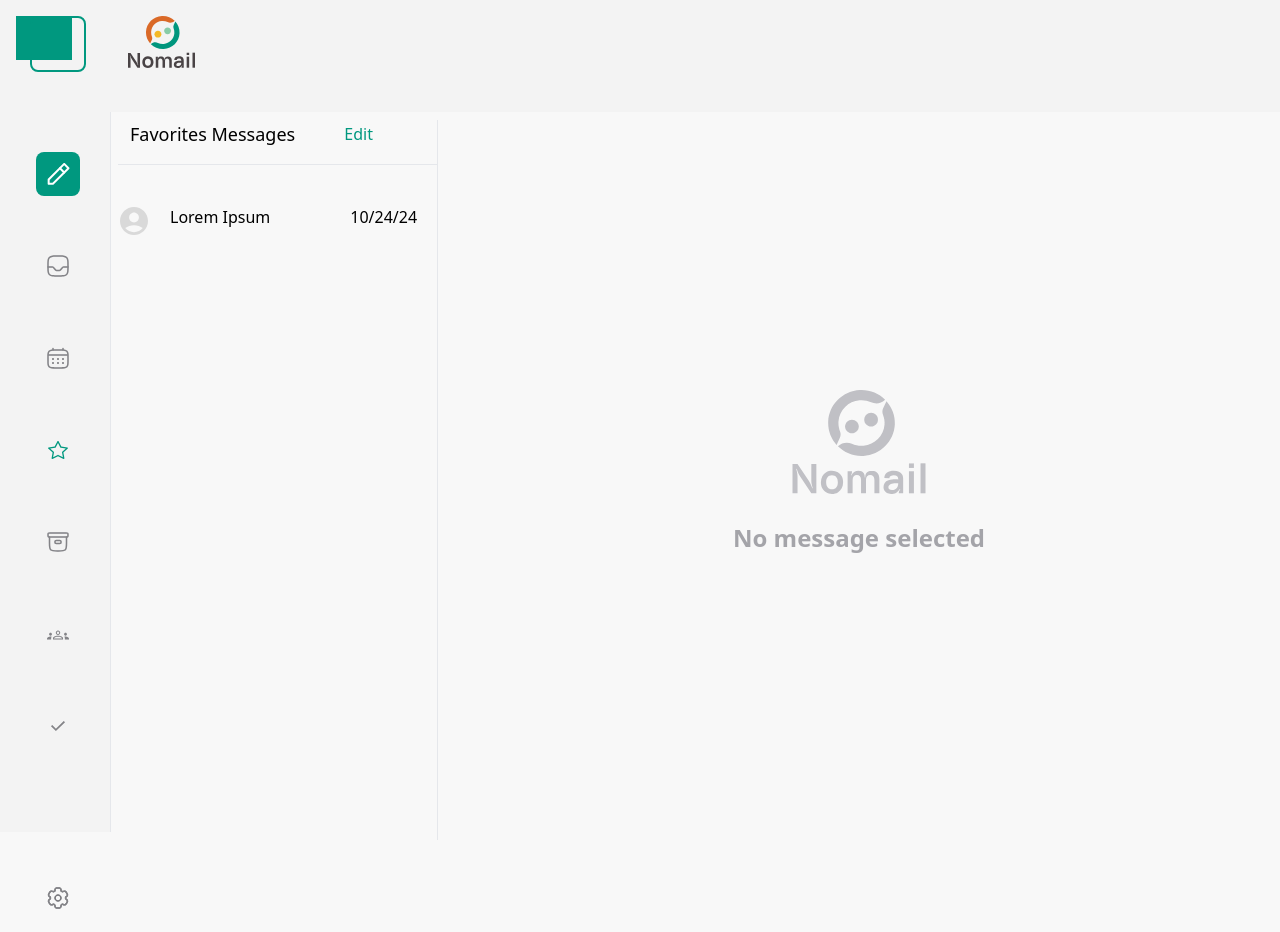
Repository: Tofigkh1/Nomail-App
Page: /favorites
The author's editor kept a copy of each file at every save. The page is drawn from the files as they stood at one save, then again after the next save.
The browser window is 1280 px wide. The pictures show the whole page.
The project was rebuilt for these pictures with package versions that can differ from the ones it lists, and the page was loaded fresh each time. The framework's server and built-in components were replaced by stand-ins that run in the browser. Also part of the build but not shown: next.config.mjs, components/shared/svg/FavoritesSvg.jsx, components/shared/svg/calendarActiveSvg.jsx.

Above is the page before, as saved 2024-10-23 13:32:20.

### app/layout.tsx
import type { Metadata } from "next";
import localFont from "next/font/local";
import "./Styles/globals.css";
import Header from "@/components/shared/client/Header/header";

const geistSans = localFont({
  src: "./fonts/GeistVF.woff",
  variable: "--font-geist-sans",
  weight: "100 900",
});
const geistMono = localFont({
  src: "./fonts/GeistMonoVF.woff",
  variable: "--font-geist-mono",
  weight: "100 900",
});

export const metadata: Metadata = {
  title: "Create Next App",
  description: "Generated by create next app",
};

export default function RootLayout({
  children,
}: Readonly<{
  children: React.ReactNode;
}>) {
  return (
    <html lang="en">
      <body
        className={`${geistSans.variable} ${geistMono.variable} antialiased`}
      >
        {children}

      </body>
    </html>
  );
}

### app/Styles/globals.css
@tailwind base;
@tailwind components;
@tailwind utilities;

body{
  background-color: #f8f8f8;
}

.App {
  font-family: sans-serif;
  text-align: center;
}


:root {
  --background: #ffffff;
  --foreground: #171717;
}

@media (prefers-color-scheme: dark) {
  :root {
    --background: #0a0a0a;
    --foreground: #ededed;
  }
}


@layer utilities {
  .text-balance {
    text-wrap: balance;
  }
}

### components/shared/client/Header/header.tsx
import { useContext } from "react";
import { SidebarContext } from '../SideBarMenu/sideBarMenu'; // Import context
import NomailLogo from "@/components/shared/svg/headerlLogoSvg";
import HamburgerBtnSvg from "../../svg/hamburgerBtnSvg"



export default function Header() {

    const { expanded, setExpanded } = useContext(SidebarContext); // Access context

    return (
        <div className="flex items-center justify-between p-4 bg-headerColor text-white">
            <div className='w-auto h-20 flex gap-14'>

                <div>
                    <button onClick={() => setExpanded(!expanded)}
                            className="pl-3.5 bg-textColorGreen hover:bg-clientButtonGreen w-14 h-11">
                        <HamburgerBtnSvg/>
                    </button>
                </div>

                <div>
                    <NomailLogo/>
                </div>


            </div>
        </div>
    );
}

### components/shared/client/SideBarMenu/sideBarMenu.tsx
import React, { useState, useContext, ReactNode } from "react";
import { ChevronFirst, ChevronLast } from "lucide-react";


export const SidebarContext = React.createContext<{ expanded: boolean; setExpanded: (expanded: boolean) => void; }>({
    expanded: false,
    setExpanded: () => {},
});

// Sidebar component now depends on context for state
export default function Sidebar({ children }: { children: ReactNode }) {
    const { expanded, setExpanded } = useContext(SidebarContext);

    return (
        <aside className="h-screen bg-headerColor">
            <nav
                className={`h-full flex flex-col bg-headerColor border-r border-whiteLight3 transition-all duration-200 ease-in-out ml-3 ${expanded ? "w-[127%] h-[130%] " : "w-[99px]"}`}>

                <ul className=" flex-1 px-3">{children}</ul>
            </nav>
        </aside>
    );
}

// SidebarItem component for individual items inside the sidebar
type SidebarItemProps = {
    icon: ReactNode;   // Icon to display in the sidebar item
    text: string;      // Text to display in the sidebar item
    active: boolean;   // Boolean to determine if the item is active (highlighted)
    onClick: () => void; // Add onClick function to handle clicks
    style?: React.CSSProperties;
};

export function SidebarItem({icon, text, active, onClick,style}: SidebarItemProps) {
    const context = useContext(SidebarContext); // Sidebar context to manage expanded/collapsed state
    const {expanded} = context!;

    return (

        <li
            onClick={onClick} // Attach the click handler here
            style={style}
            className={`group relative flex items-center py-2 px-3 my-1 font-medium rounded-md cursor-pointer transition-colors mt-8
                ${
                  active
                    ? "text-mainRedLight" // Active item style
                    : expanded // Eğer expanded true ise hover stilini ekle
                    ? "hover:bg-textColorGreen"
                    : "" // Expanded değilse hover stili olmasın
                }`}
        >

            <span className="text-xl transition-all duration-300 ease-in-out">
        {icon}
      </span>

            {/* Text büyütüldü ve boşluk artırıldı */}
            {expanded && (
                <span className="ml-4 text-xl text-black transition-all duration-300 ease-in-out ">
          {text}
        </span>
            )}


            {!expanded && (
                <span
                    className={` absolute left-full whitespace-nowrap bg-textColorGreen text-white rounded-md py-1 px-2 transition-all duration-300 ease-in-out ml-2 opacity-0 group-hover:opacity-100`}
                >
          {text}
        </span>
            )}
        </li>
    );
}

### components/shared/svg/newMail.jsx
'use client'
export default function  newMail(){
    return(
        <>
            <svg width="44" height="44" viewBox="0 0 44 44" fill="none" xmlns="http://www.w3.org/2000/svg">
                <rect width="44" height="44" rx="8" fill="#00987F"/>
                <path fill-rule="evenodd" clip-rule="evenodd"
                      d="M27.5115 11.2439C27.902 10.8534 28.5351 10.8534 28.9257 11.2438L33.1687 15.4863C33.3562 15.6739 33.4616 15.9282 33.4616 16.1935C33.4616 16.4587 33.3562 16.7131 33.1687 16.9006L17.6122 32.4571C17.4247 32.6446 17.1703 32.75 16.9051 32.75H12.6626C12.1103 32.75 11.6626 32.3023 11.6626 31.75V27.5075C11.6626 27.2423 11.768 26.9879 11.9555 26.8004L27.5115 11.2439ZM28.2187 13.3652L13.6626 27.9217V30.75H16.4909L31.0473 16.1935L28.2187 13.3652Z"
                      fill="white"/>
                <path fill-rule="evenodd" clip-rule="evenodd"
                      d="M23.269 15.4864C23.6595 15.0959 24.2927 15.0959 24.6832 15.4864L28.9257 19.7289C29.3162 20.1194 29.3162 20.7526 28.9257 21.1431C28.5352 21.5336 27.902 21.5336 27.5115 21.1431L23.269 16.9006C22.8784 16.5101 22.8784 15.8769 23.269 15.4864Z"
                      fill="white"/>
            </svg>


        </>
    )
}

### components/shared/svg/ArchiveSvg.jsx
'use client'
export default function archiveSvg(){
    return(
        <>
            <svg width="44" height="44" viewBox="0 0 44 44" fill="none" xmlns="http://www.w3.org/2000/svg">
                <path
                    d="M19 22C19 21.534 19 21.301 19.076 21.117C19.1777 20.8725 19.3723 20.6783 19.617 20.577C19.801 20.5 20.034 20.5 20.5 20.5H23.5C23.966 20.5 24.199 20.5 24.383 20.576C24.6275 20.6777 24.8217 20.8723 24.923 21.117C25 21.301 25 21.534 25 22C25 22.466 25 22.699 24.924 22.883C24.8223 23.1275 24.6277 23.3217 24.383 23.423C24.199 23.5 23.966 23.5 23.5 23.5H20.5C20.034 23.5 19.801 23.5 19.617 23.424C19.3725 23.3223 19.1783 23.1277 19.077 22.883C19 22.699 19 22.466 19 22Z"
                    stroke="#A4A4A9" stroke-width="1.5"/>
                <path
                    d="M19 22C19 21.534 19 21.301 19.076 21.117C19.1777 20.8725 19.3723 20.6783 19.617 20.577C19.801 20.5 20.034 20.5 20.5 20.5H23.5C23.966 20.5 24.199 20.5 24.383 20.576C24.6275 20.6777 24.8217 20.8723 24.923 21.117C25 21.301 25 21.534 25 22C25 22.466 25 22.699 24.924 22.883C24.8223 23.1275 24.6277 23.3217 24.383 23.423C24.199 23.5 23.966 23.5 23.5 23.5H20.5C20.034 23.5 19.801 23.5 19.617 23.424C19.3725 23.3223 19.1783 23.1277 19.077 22.883C19 22.699 19 22.466 19 22Z"
                    stroke="black" stroke-opacity="0.2" stroke-width="1.5"/>
                <path
                    d="M30.5 17V23C30.5 26.771 30.5 28.657 29.328 29.828C28.157 31 26.271 31 22.5 31H21.5C17.729 31 15.843 31 14.672 29.828C13.5 28.657 13.5 26.771 13.5 23V17"
                    stroke="#A4A4A9" stroke-width="1.5" stroke-linecap="round"/>
                <path
                    d="M30.5 17V23C30.5 26.771 30.5 28.657 29.328 29.828C28.157 31 26.271 31 22.5 31H21.5C17.729 31 15.843 31 14.672 29.828C13.5 28.657 13.5 26.771 13.5 23V17"
                    stroke="black" stroke-opacity="0.2" stroke-width="1.5" stroke-linecap="round"/>
                <path
                    d="M12 15C12 14.057 12 13.586 12.293 13.293C12.586 13 13.057 13 14 13H30C30.943 13 31.414 13 31.707 13.293C32 13.586 32 14.057 32 15C32 15.943 32 16.414 31.707 16.707C31.414 17 30.943 17 30 17H14C13.057 17 12.586 17 12.293 16.707C12 16.414 12 15.943 12 15Z"
                    stroke="#A4A4A9" stroke-width="1.5"/>
                <path
                    d="M12 15C12 14.057 12 13.586 12.293 13.293C12.586 13 13.057 13 14 13H30C30.943 13 31.414 13 31.707 13.293C32 13.586 32 14.057 32 15C32 15.943 32 16.414 31.707 16.707C31.414 17 30.943 17 30 17H14C13.057 17 12.586 17 12.293 16.707C12 16.414 12 15.943 12 15Z"
                    stroke="black" stroke-opacity="0.2" stroke-width="1.5"/>
            </svg>

        </>
    )
}

### components/shared/svg/TodoSvg.jsx
'use client'
export default function  todoSvg(){
    return(
        <>
            <svg width="44" height="44" viewBox="0 0 44 44" fill="none" xmlns="http://www.w3.org/2000/svg">
                <path d="M19.8957 27L15 22.2599L16.2239 21.0748L19.8957 24.6299L27.7761 17L29 18.185L19.8957 27Z"
                      fill="#A4A4A9"/>
                <path d="M19.8957 27L15 22.2599L16.2239 21.0748L19.8957 24.6299L27.7761 17L29 18.185L19.8957 27Z"
                      fill="black" fill-opacity="0.2"/>
            </svg>

        </>
    )
}

### components/shared/svg/FavoritesActiveSvg.jsx
'use client'
export default function  favoritesActiveSvg(){
    return(
        <>
        <svg width="44" height="44" viewBox="0 0 44 44" fill="none" xmlns="http://www.w3.org/2000/svg">
<path d="M15.5808 30.2201C15.4833 30.7528 16.0307 31.1692 16.5132 30.9316L22.0006 28.2246L27.4868 30.9316C27.9693 31.1692 28.5168 30.7528 28.4193 30.2213L27.3818 24.5457L31.7842 20.5188C32.1967 20.142 31.9842 19.4533 31.4317 19.3789L25.3093 18.5438L22.5794 13.3517C22.5274 13.2465 22.4453 13.1576 22.3428 13.0953C22.2402 13.0331 22.1214 13 22 13C21.8787 13 21.7598 13.0331 21.6573 13.0953C21.5547 13.1576 21.4727 13.2465 21.4206 13.3517L18.6907 18.545L12.5683 19.3801C12.0171 19.4545 11.8033 20.1432 12.2146 20.52L16.6182 24.5469L15.5808 30.2225V30.2201ZM21.7119 26.8999L17.1045 29.1725L17.972 24.4245C17.9928 24.3152 17.9852 24.2026 17.9496 24.0969C17.914 23.9911 17.8517 23.8955 17.7682 23.8185L14.1358 20.4948L19.2007 19.8037C19.3054 19.788 19.4046 19.7484 19.4901 19.6883C19.5756 19.6281 19.6448 19.5492 19.6919 19.4581L21.9981 15.0688L24.3068 19.4581C24.354 19.5492 24.4232 19.6281 24.5086 19.6883C24.5941 19.7484 24.6934 19.788 24.7981 19.8037L29.863 20.4936L26.2306 23.8173C26.1469 23.8944 26.0844 23.9903 26.0488 24.0962C26.0133 24.2022 26.0057 24.315 26.0268 24.4245L26.8943 29.1725L22.2869 26.8999C22.1979 26.8555 22.0991 26.8324 21.9988 26.8324C21.8985 26.8324 21.8009 26.8555 21.7119 26.8999Z" fill="#00987F"/>
</svg>



        </>
    )
}

### components/shared/client/FavoritesMessage/index.tsx
import CheckboxComponent from "../CheckBox";
import SearchIconSvg from "../../svg/SearchIconSvg";
import ProfileSvg from "../../../../components/shared/svg/ProfileSvg"
export default function FavoritesMessage() {

    return (
        <>
            <div className='w-80 h-screen border-r border-whiteLight3 '>







                <div className='flex text-textColGreen font-medium justify-between mt-2'>
                <h1 className="text-black ml-3 text-lg">Favorites Messages</h1>
                    <button className=" mr-16">Edit</button>
                </div>
                <div className="border-b border-whiteLight3 mt-4 w-full"></div>

                <div className=" mt-10">

                    <div className=" flex gap-20">



                <div className=" flex gap-5">
                <ProfileSvg/>
                <h1>Lorem Ipsum</h1>

                </div>

                <div>
                <h1 className="">10/24/24</h1>
                </div>

                </div>



                </div>

            </div>
        </>
    );
}

### components/shared/svg/headerlLogoSvg.jsx
'use client'
export default function  NomailLogo(){
    return(
        <>
            <svg width="67" height="52" viewBox="0 0 67 52" fill="none" xmlns="http://www.w3.org/2000/svg">
                <path
                    d="M9.48124 45.6565C9.48124 46.5455 9.81469 47.7819 10.2082 49.1188L9.9792 49.1908C9.41677 47.6989 9.10554 46.8513 8.20077 45.4205L2.53426 36.9821H0V51.6942H2.53648V43.6446C2.53648 42.2051 2.29639 40.7437 1.88069 39.4658L2.10966 39.385C2.54537 40.7546 3.1078 42.1548 4.03258 43.5747L9.48124 51.6964H12.0177V36.9843H9.48124V45.6586V45.6565Z"
                    fill="#494345"/>
                <path
                    d="M19.8894 40.3527C18.7868 40.3527 17.8198 40.5973 16.9773 41.0888C15.3033 42.0696 14.3052 43.8587 14.3052 46.1763C14.3052 47.3101 14.5341 48.3214 15.001 49.1908C15.9169 50.9471 17.6419 52 19.8872 52C21.0098 52 21.9969 51.7553 22.8394 51.2551C24.5245 50.2743 25.4915 48.4656 25.4915 46.1785C25.4915 45.0448 25.2625 44.0334 24.8046 43.1553C23.8798 41.4078 22.1436 40.3571 19.8872 40.3571L19.8894 40.3527ZM19.8894 49.6911C17.9665 49.6911 16.9573 48.3127 16.9573 46.1763C16.9573 44.04 17.9354 42.6616 19.8894 42.6616C21.8435 42.6616 22.8416 44.04 22.8416 46.1763C22.8416 48.3127 21.8857 49.6911 19.8894 49.6911Z"
                    fill="#494345"/>
                <path
                    d="M39.9257 40.3833C39.1765 40.3833 38.5118 40.5559 37.9405 40.8944C36.9157 41.5061 36.6645 42.465 36.6178 43.7233H36.391V43.4065C36.391 42.8342 36.2777 42.323 36.0576 41.8731C35.5996 40.984 34.7371 40.3811 33.2299 40.3811C32.4718 40.3811 31.8049 40.5449 31.2447 40.8726C30.5623 41.2767 30.051 41.8796 29.7531 42.6092H29.4552C29.7264 42.2313 29.9754 41.5061 29.9754 40.9753V40.6585H27.7612V51.692H30.2888V44.8985C30.2888 43.5201 31.1402 42.5786 32.3985 42.5786C33.719 42.5786 34.5304 43.4786 34.5304 45.0208V51.692H37.0246V44.9291C37.0246 43.448 37.9094 42.5786 39.1454 42.5786C40.4459 42.5786 41.2662 43.4786 41.2662 44.9902V51.692H43.7715V44.3677C43.7715 41.9866 42.4088 40.3833 39.9234 40.3833H39.9257Z"
                    fill="#494345"/>
                <path
                    d="M50.9986 40.3527C48.3466 40.3527 46.3414 41.4253 46.2569 44.0509L48.7823 44.0924C48.8334 43.0395 49.9894 42.6114 50.9964 42.6114C52.6014 42.6114 53.2595 43.234 53.3017 44.7172C52.8971 44.7106 52.5325 44.7062 52.2146 44.7062C51.1231 44.7062 49.8227 44.6647 48.3154 45.1868C46.5993 45.7591 45.8501 47.0676 45.8501 48.671C45.8501 49.2739 45.9968 49.8353 46.2858 50.3355C46.8571 51.3469 47.9909 52 49.6137 52C51.6411 52 52.7949 51.3556 54.0953 49.4857L54.3132 49.6583C53.9597 50.1083 53.5551 50.792 53.5551 51.3032V51.692H55.7493V44.9181C55.7493 43.9679 55.7293 43.1815 55.3224 42.4039C54.5844 40.9425 53.0038 40.3505 50.9964 40.3505L50.9986 40.3527ZM53.0149 48.21C52.9327 48.4656 52.7748 48.7299 52.537 49.0074C52.059 49.5797 51.2476 50.0384 50.1139 50.0384C48.9801 50.0384 48.3043 49.4552 48.3043 48.6382C48.3043 47.9436 48.7311 47.4018 49.5403 47.013C49.8516 46.8797 50.205 46.7989 50.6118 46.7683C51.2565 46.7094 52.1057 46.6875 53.2595 46.7181C53.2484 47.1856 53.2039 47.7513 53.0127 48.2079L53.0149 48.21Z"
                    fill="#494345"/>
                <path d="M61.1667 36.7266H58.6614V38.9852H61.1667V36.7266Z" fill="#494345"/>
                <path d="M61.1667 40.6607H58.6614V51.6942H61.1667V40.6607Z" fill="#494345"/>
                <path d="M67 36.6763H64.4946V51.6942H67V36.6763Z" fill="#494345"/>
                <path
                    d="M46.6436 4.83195L46.5013 4.97176C44.6829 6.75861 41.9374 7.16491 39.601 6.11202C37.8537 5.32563 35.8708 4.95428 33.7833 5.12248C28.1479 5.57684 23.6041 10.0746 23.1795 15.6142C23.0416 17.4186 23.3284 19.1377 23.9531 20.6908C24.3888 21.7699 24.3088 22.9844 23.8108 24.0373L22.1969 27.4407C19.4203 24.365 17.7953 20.2583 17.9887 15.7802C18.3577 7.33966 25.3069 0.450017 33.8923 0.021872C38.8741 -0.227151 43.4135 1.658 46.6436 4.83195Z"
                    fill="#DA6927"/>
                <path
                    d="M51.5499 17.1389C51.2276 25.5795 44.3117 32.5019 35.7286 32.9738C30.7179 33.249 26.1451 31.3573 22.895 28.1681L23.0351 28.0304C24.8513 26.2458 27.5923 25.8351 29.9265 26.8858C31.6871 27.6787 33.6856 28.0523 35.7886 27.8753C41.4173 27.4035 45.9434 22.8992 46.3547 17.3618C46.4881 15.5662 46.1991 13.8536 45.5766 12.3048C45.1431 11.2301 45.2209 10.0177 45.7189 8.96923L47.3373 5.55936C50.0983 8.61972 51.7189 12.6893 51.5477 17.1389H51.5499Z"
                    fill="#00967D"/>
                <path
                    d="M29.9397 21.5908C31.8476 21.5908 33.3943 20.071 33.3943 18.1962C33.3943 16.3214 31.8476 14.8016 29.9397 14.8016C28.0318 14.8016 26.4851 16.3214 26.4851 18.1962C26.4851 20.071 28.0318 21.5908 29.9397 21.5908Z"
                    fill="#F4B826"/>
                <path
                    d="M39.5964 18.1984C41.5044 18.1984 43.051 16.6786 43.051 14.8038C43.051 12.929 41.5044 11.4092 39.5964 11.4092C37.6885 11.4092 36.1418 12.929 36.1418 14.8038C36.1418 16.6786 37.6885 18.1984 39.5964 18.1984Z"
                    fill="#88CCA7"/>
            </svg>


        </>
    )
}

### components/shared/svg/hamburgerBtnSvg.jsx
'use client'
export default function  HamburgerBtnSvg(){
    return(
        <>
            <svg width="56" height="56" viewBox="0 0 56 56" fill="none" xmlns="http://www.w3.org/2000/svg">
                <rect x="1" y="1" width="54" height="54" rx="7" stroke="#00987F" stroke-width="2"/>
                <path d="M19 22H37V24H19V22ZM19 27H37V29H19V27ZM19 32H37V34H19V32Z" fill="#00987F"/>
            </svg>


        </>
    )
}

### components/shared/svg/ProfileSvg.jsx
'use client'
export default function  ProfileSvg(){
    return(
        <>


            <svg width="32" height="32" viewBox="0 0 32 32" fill="none" xmlns="http://www.w3.org/2000/svg">
<g clip-path="url(#clip0_1904_19120)">
<path fill-rule="evenodd" clip-rule="evenodd" d="M16 2C8.2678 2 2 8.2678 2 16C2 23.7322 8.2678 30 16 30C23.7322 30 30 23.7322 30 16C30 8.2678 23.7322 2 16 2ZM11.1 12.5C11.1 11.8565 11.2267 11.2193 11.473 10.6249C11.7192 10.0304 12.0802 9.49018 12.5352 9.03518C12.9902 8.58017 13.5304 8.21924 14.1249 7.97299C14.7193 7.72674 15.3565 7.6 16 7.6C16.6435 7.6 17.2807 7.72674 17.8751 7.97299C18.4696 8.21924 19.0098 8.58017 19.4648 9.03518C19.9198 9.49018 20.2808 10.0304 20.527 10.6249C20.7733 11.2193 20.9 11.8565 20.9 12.5C20.9 13.7996 20.3838 15.0459 19.4648 15.9648C18.5459 16.8838 17.2996 17.4 16 17.4C14.7004 17.4 13.4541 16.8838 12.5352 15.9648C11.6162 15.0459 11.1 13.7996 11.1 12.5ZM24.7612 22.9776C23.7129 24.2955 22.3805 25.3597 20.8635 26.0908C19.3465 26.8219 17.684 27.2011 16 27.2C14.316 27.2011 12.6535 26.8219 11.1365 26.0908C9.61949 25.3597 8.28713 24.2955 7.2388 22.9776C9.5082 21.3494 12.605 20.2 16 20.2C19.395 20.2 22.4918 21.3494 24.7612 22.9776Z" fill="#D9D9D9"/>
</g>
<defs>
<clipPath id="clip0_1904_19120">
<rect width="32" height="32" fill="white"/>
</clipPath>
</defs>
</svg>


        </>
    )
}

### tailwind.config.ts
import type { Config } from "tailwindcss";

const config: Config = {
  content: [
    "./pages/**/*.{js,ts,jsx,tsx,mdx}",
    "./components/**/*.{js,ts,jsx,tsx,mdx}",
    "./app/**/*.{js,ts,jsx,tsx,mdx}",
  ],
  theme: {
    extend: {
      colors: {
        background: "var(--background)",
        foreground: "var(--foreground)",
        headerColor: "#F3F3F3",
        textColorGreen: "#00987F",
        textGray: "#A4A4A9",
        sideBarColor: "#E5E5E5",
        textColGreen: "#00987F",
        bordersColor: "#D1D1D6"
      },
    },
  },
  plugins: [],
};
export default config;

Loaded but not shown: components/shared/svg/settingSvg.jsx (25 lines, source omitted); components/shared/svg/calendarSvg.jsx (31 lines, source omitted); components/shared/svg/InboxSvg.jsx (17 lines, source omitted); components/shared/svg/groupSvg.jsx (17 lines, source omitted); app/favorites/page.tsx (118 lines, source omitted); components/shared/svg/nomailPaleSvg.jsx (38 lines, source omitted)

After the next save:
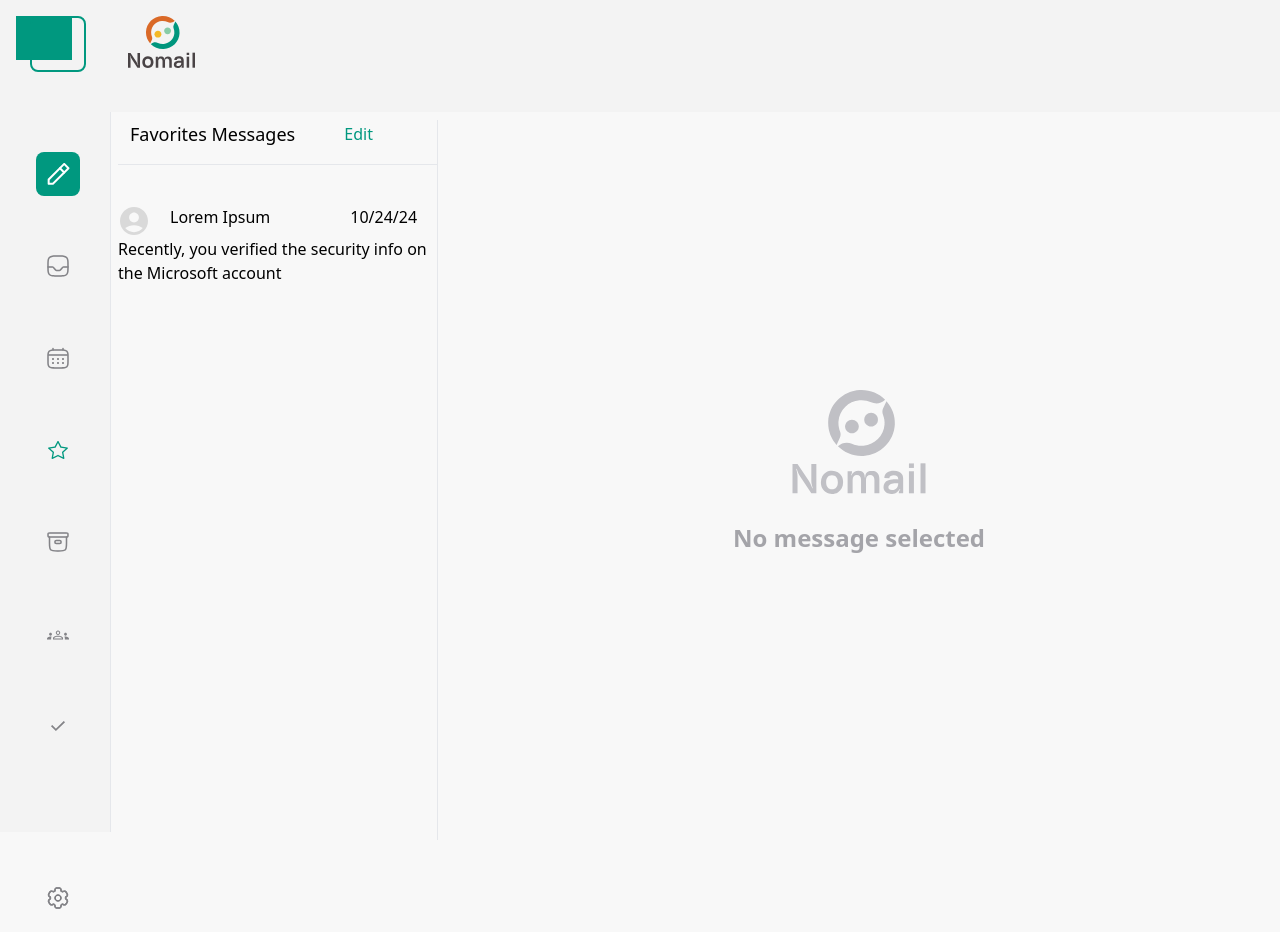
Saved 6 s later.
--- a/components/shared/client/FavoritesMessage/index.tsx
+++ b/components/shared/client/FavoritesMessage/index.tsx
@@ -38,7 +38,9 @@
                 </div>
 
 
-
+                <div>
+                    <p>Recently, you verified the security info on the Microsoft account </p>
+                </div>
                 </div>
 
             </div>
